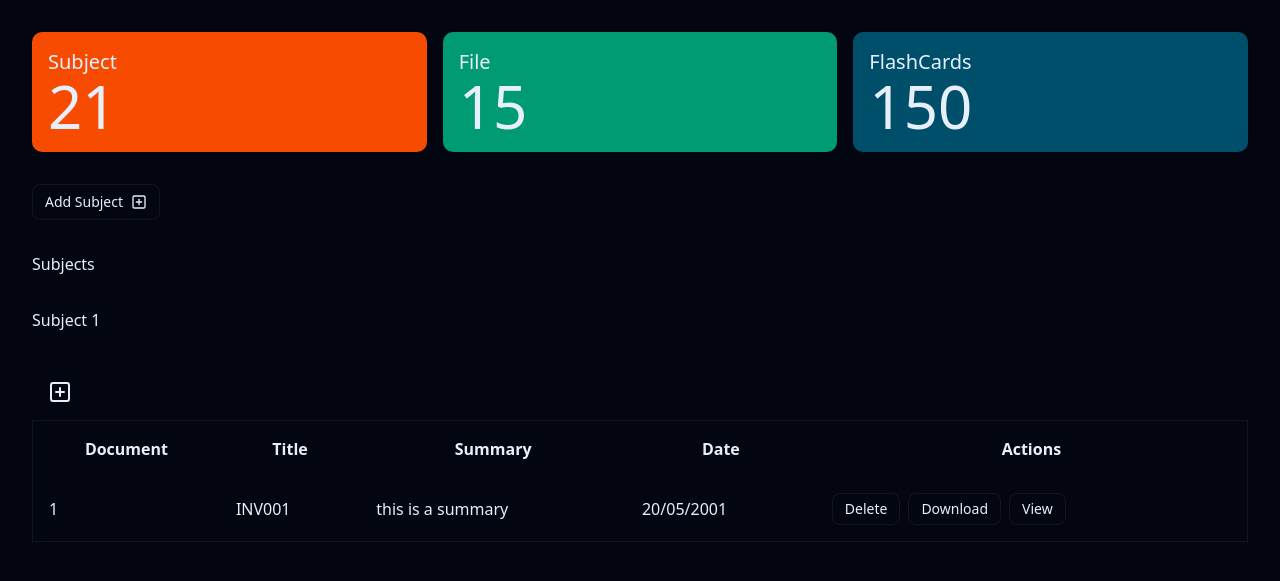
Repository: SywarDer/Student-Assistance
Page: /dashboard (app in student-assistant/)
The author's editor kept a copy of each file at every save. The page is drawn from the files as they stood at one save, then again after the next save.
The browser window is 1280 px wide. The pictures show the whole page.
The project was rebuilt for these pictures with package versions that can differ from the ones it lists, and the page was loaded fresh each time. The framework's server and built-in components were replaced by stand-ins that run in the browser. Also part of the build but not shown: student-assistant/next.config.ts, student-assistant/components/ui/input.tsx.

Above is the page before, as saved 2025-10-30 20:42:14.

After the next save:
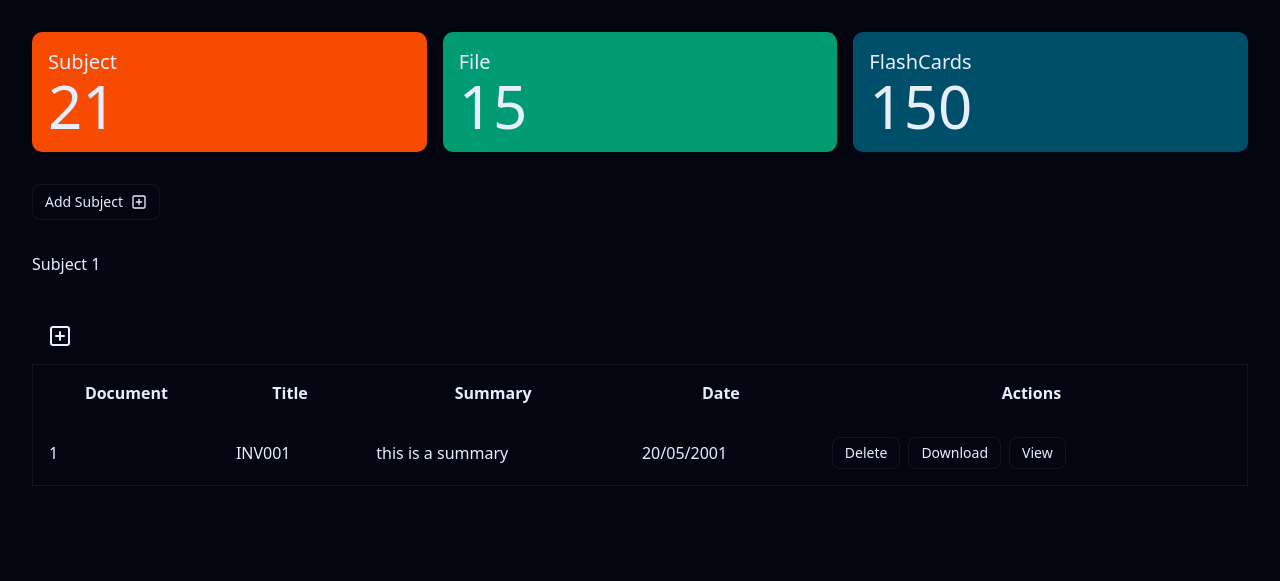
Saved 13 s later.
--- a/student-assistant/app/dashboard/page.tsx
+++ b/student-assistant/app/dashboard/page.tsx
@@ -85,8 +85,6 @@ export default function Dashboard() {
 
             {/** List of subjects */}
 
-            <h1>Subjects</h1>
-
             <h1>Subject 1</h1>
             <table className="min-w-full border">
                 <caption className="text-left font-medium p-4"><PlusSquare/></caption>
